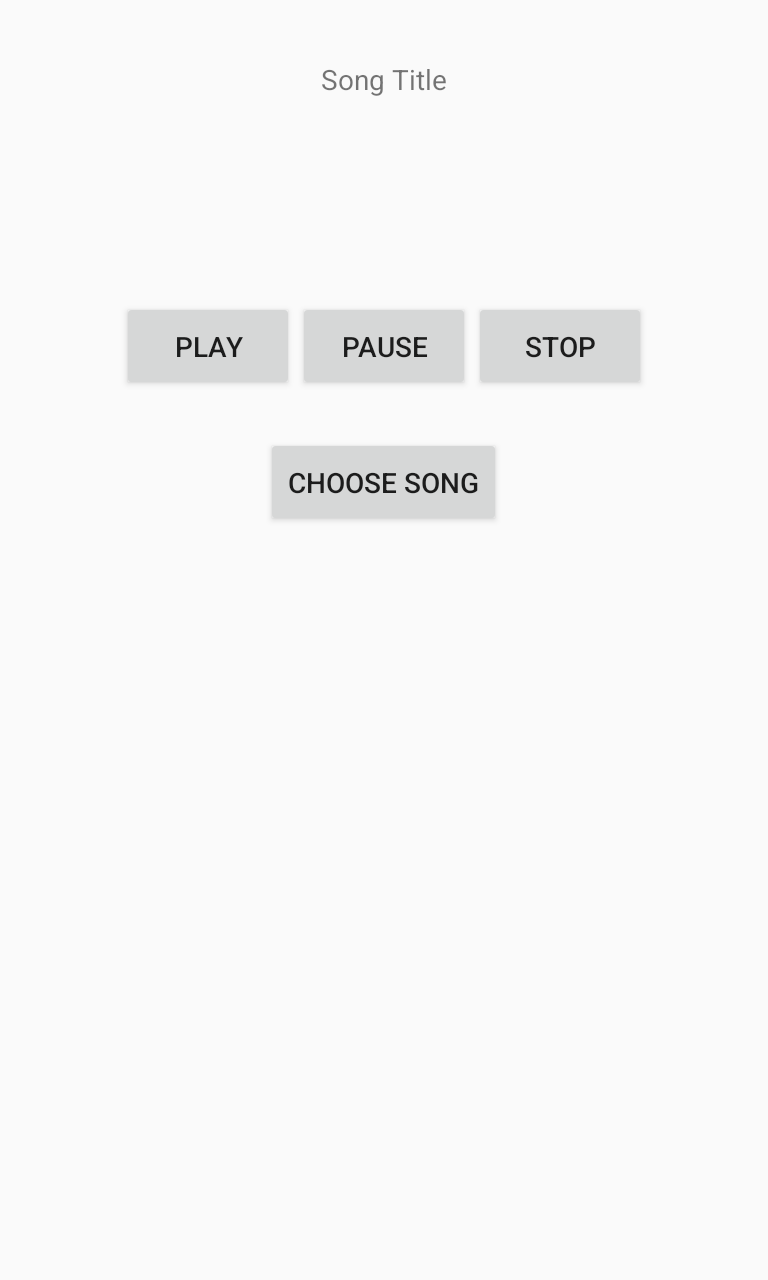
Repository: JoanneCaroll/AudioPlayer
Layout: AudioPlayer/res/layout/activity_audio_player.xml
The author's editor kept a copy of each file at every save. The layout is drawn from the files as they stood at one save, then again after the next save.
It is drawn on a 768 x 1280 px phone screen (xhdpi) without system bars, with theme AppTheme; the app's code is not run.

Above is the layout before, as saved 2014-10-29 01:39:38.

### AudioPlayer/res/layout/activity_audio_player.xml
<LinearLayout xmlns:android="http://schemas.android.com/apk/res/android"
    xmlns:tools="http://schemas.android.com/tools"
    android:layout_width="match_parent"
    android:layout_height="match_parent"
	android:padding="30dp"
	android:orientation="vertical">

    <TextView
        android:id="@+id/songTitle"
        android:layout_width="wrap_content"
        android:layout_height="wrap_content"
        android:layout_gravity="center"
        android:text="Song Title"/>

    <LinearLayout
        android:layout_width="match_parent"
        android:layout_height="wrap_content"
        android:gravity="center"
        android:paddingTop="100dp"
        android:paddingBottom="20dp">
	<Button
	    android:id="@+id/playButton"
	    android:layout_width="wrap_content"
	    android:layout_height="wrap_content"
	    android:text="@string/play"/>

	<Button
	    android:id="@+id/pauseButton"
	    android:layout_width="wrap_content"
	    android:layout_height="wrap_content"
	    android:text="@string/pause"/>

	<Button
	    android:id="@+id/stopButton"
	    android:layout_width="wrap_content"
	    android:layout_height="wrap_content"
	    android:text="@string/stop"
	    />
	</LinearLayout>

    <Button
        android:id="@+id/chooseSong"
        android:layout_width="wrap_content"
        android:layout_height="wrap_content"
        android:layout_gravity="center"
        android:text="Choose Song"/>
</LinearLayout>

### AudioPlayer/res/values/strings.xml
<?xml version="1.0" encoding="utf-8"?>
<resources>

    <string name="app_name">AudioPlayer</string>
    <string name="play">Play</string>
    <string name="pause">Pause</string>
    <string name="stop">Stop</string>
    <string name="action_settings">Settings</string>

</resources>

Loaded but not shown: AudioPlayer/res/values/styles.xml (common file); AudioPlayer/res/values-v11/styles.xml (common file); AudioPlayer/res/values-v14/styles.xml (common file)

After the next save:
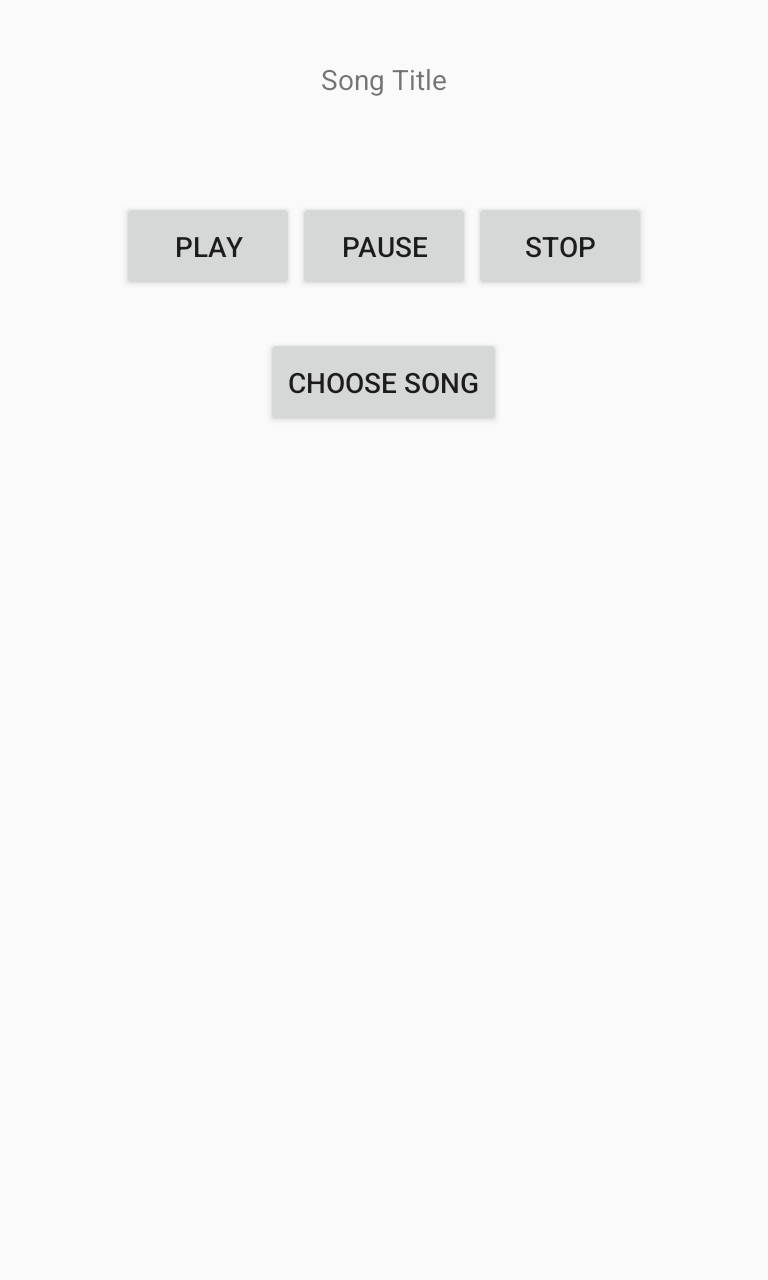
Saved 11 min 35 s later.
--- a/AudioPlayer/res/layout/activity_audio_player.xml
+++ b/AudioPlayer/res/layout/activity_audio_player.xml
@@ -16,7 +16,7 @@
         android:layout_width="match_parent"
         android:layout_height="wrap_content"
         android:gravity="center"
-        android:paddingTop="100dp"
+        android:paddingTop="50dp"
         android:paddingBottom="20dp">
 	<Button
 	    android:id="@+id/playButton"
